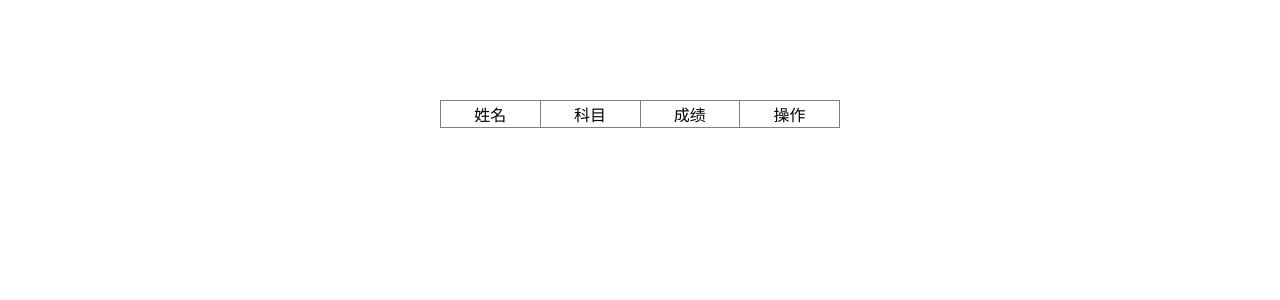
Repository: Sky0258/study
Page: js/10.动态生成表格.html
The author's editor kept a copy of each file at every save. The page is drawn from the files as they stood at one save, then again after the next save.
The browser window is 1280 px wide. The pictures show the whole page.

Above is the page before, as saved 2022-09-11 20:13:13.

### js/10.动态生成表格.html
<!DOCTYPE html>
<html lang="en">
<head>
    <meta charset="UTF-8">
    <meta http-equiv="X-UA-Compatible" content="IE=edge">
    <meta name="viewport" content="width=device-width, initial-scale=1.0">
    <title>Document</title>
</head>
<style>
    table {
        border-collapse: collapse;
        width: 400px;
        margin: 100px auto;
    }
    td {
        text-align: center;
    }

</style>
<body>
    <table border="true">
        <thead>
            <tr>
                <td>姓名</td>
                <td>科目</td>
                <td>成绩</td>
                <td>操作</td>
            </tr>
        </thead>
    </table>
</body>
</html>

After the next save:
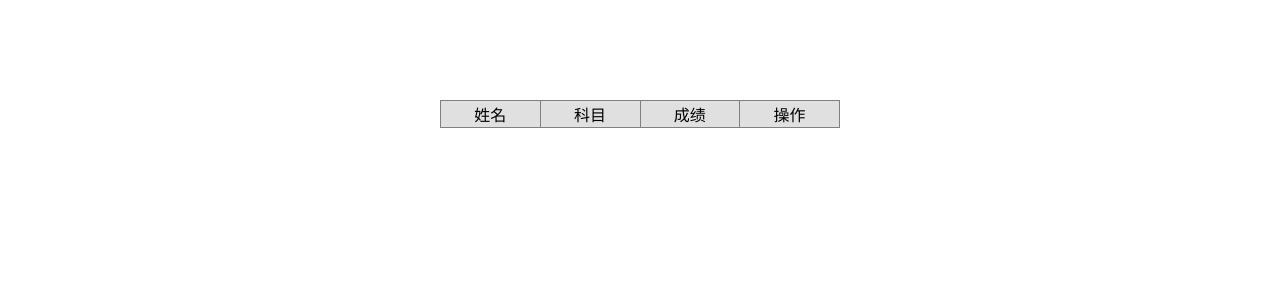
Saved 25 s later.
--- a/js/10.动态生成表格.html
+++ b/js/10.动态生成表格.html
@@ -11,6 +11,9 @@
         border-collapse: collapse;
         width: 400px;
         margin: 100px auto;
+    }
+    tr {
+        background-color: #e0e0e0;
     }
     td {
         text-align: center;
